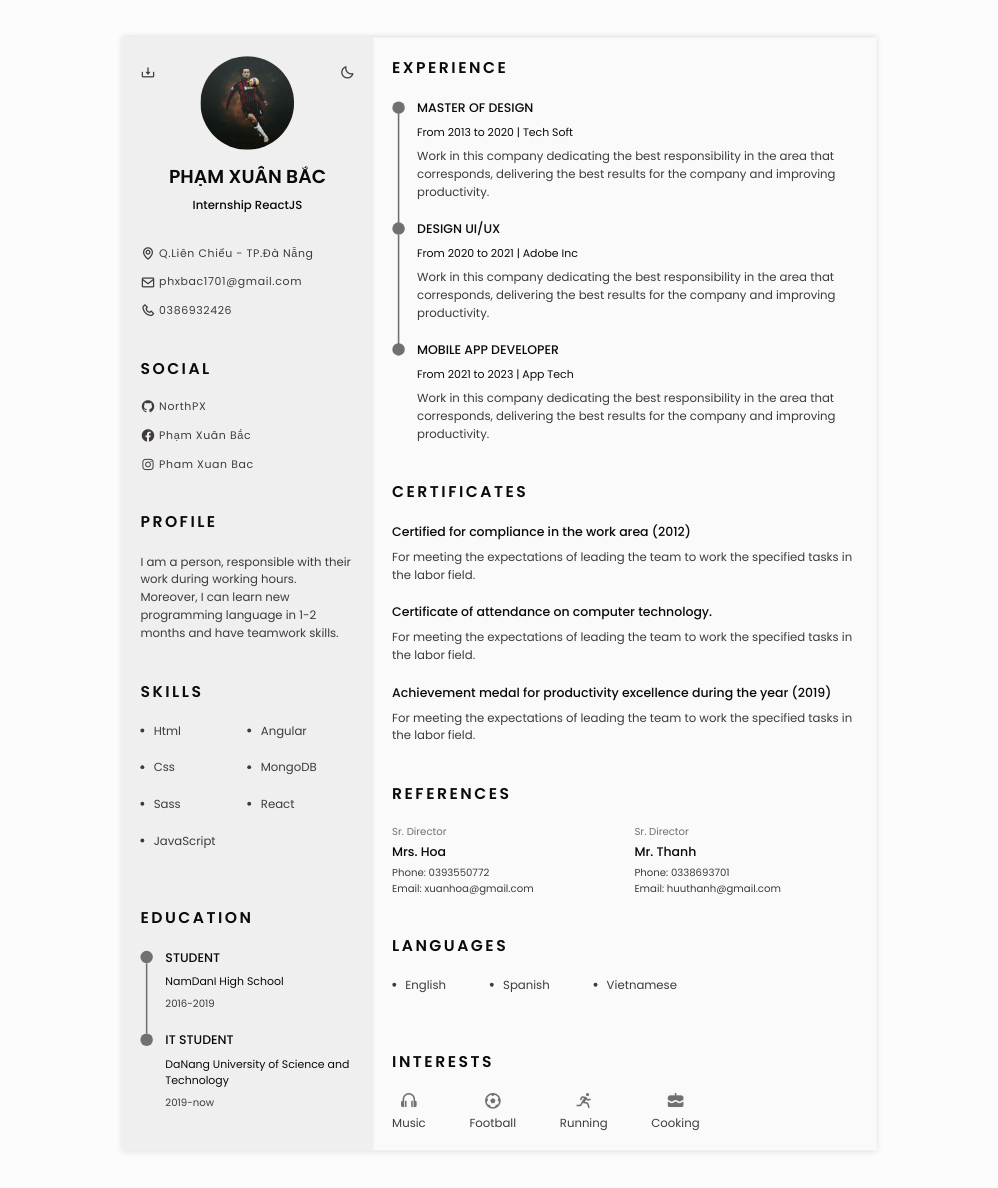
Repository: northpx/myCV
Page: index.html
The author's editor kept a copy of each file at every save. The page is drawn from the files as they stood at one save, then again after the next save.
The browser window is 1280 px wide. The pictures show the whole page, at 78% of full size.

Above is the page before, as saved 2023-02-23 17:03:50.

### index.html
<!DOCTYPE html>
<html lang="en">
<head>
    <meta charset="UTF-8">
    <meta http-equiv="X-UA-Compatible" content="IE=edge">
    <meta name="viewport" content="width=device-width, initial-scale=1.0">
    <link rel="stylesheet" href="./src/css/styles.css">
    <link rel="stylesheet" href="https://cdn.jsdelivr.net/npm/boxicons@latest/css/boxicons.min.css">
    <title>Pham Xuan Bac</title>
</head>
<body>
    <header class="l-header" id="header">
        <nav class="nav bd-container">
            <a href="#" class="nav__logo">Bac</a>
            <div class="nav__menu" id="nav-menu">
                <ul class="nav__list">
                    <li class="nav__item">
                        <a href="#home" class="nav__link active-link">
                            <i class='bx bx-home nav__icon' ></i>HOME
                        </a>
                    </li>
                    <li class="nav__item">
                        <a href="#profile" class="nav__link">
                            <i class='bx bx-user nav__icon' ></i>USER
                        </a>
                    </li>
                    <li class="nav__item">
                        <a href="#education" class="nav__link">
                            <i class='bx bx-book nav__icon' ></i>EDUCATION
                        </a>
                    </li>
                    <li class="nav__item">
                        <a href="#skills" class="nav__link">
                            <i class='bx bx-receipt nav__icon' ></i>SKILLS
                        </a>
                    </li>
                    <li class="nav__item">
                        <a href="#experience" class="nav__link">
                            <i class='bx bx-briefcase-alt nav__icon' ></i>experience
                        </a>
                    </li>
                    <li class="nav__item">
                        <a href="#certificates" class="nav__link">
                            <i class='bx bx-award nav__icon' ></i>CERTIFICATES
                        </a>
                    </li>

                    <li class="nav__item">
                        <a href="#references" class="nav__link">
                            <i class='bx bx-link-external nav__icon' ></i>REFERENCES
                        </a>
                    </li>
                </ul>
            </div>

            <div class="nav__toogle" id="nav-toggle">
                <i class="bx bx-grid-alt"></i>
            </div>
        </nav>
    </header>
    <main class="l-main bd-container">
        <div class="resume" id="area-cv">
            <div class="resume__left">
                <section class="home" id="home">
                    <div class="home__container section bd-grid">
                        <div class="home__data bd-grid">
                            <img src="./src/img/z3668101589347_355da8c054c5f58beb49364ce3f9e5b5.jpg" alt="" class="home__img">
                            <h1 class="home__title"><b>PHẠM XUÂN BẮC</b></h1>
                            <h3 class="home__profession">Internship ReactJS</h3>
                            <div>
                                <a download="" href="./src/pdf/resumecv.pdf" class="home__button-movil">Download</a>
                            </div>
                        </div>
                        <div class="home__address bd-grid">
                            <span class="home__information">
                                <i class="bx bx-map home__icon"></i> Q.Liên Chiểu - TP.Đà Nẵng
                            </span>
                            <span class="home__information">
                                <i class="bx bx-envelope home__icon"></i> phxbac1701@gmail.com
                            </span>
                            <span class="home__information">
                                <i class="bx bx-phone home__icon"></i> 0386932426
                            </span>
                        </div>
                    </div>
                    <i class="bx bx-moon change-theme" title="Theme" id="theme-button"></i>
                    <i class="bx bx-download generate-pdf" title="Generate PDF" id="resume-button"></i>
                </section>

                <section class="social section">
                    <h2 class="section-title">Social</h2>
                    <div class="social__container bd-grid">
                        <a href="https://github.com/northpx" target="_blank" class="social_link">
                            <i class="bx bxl-github social__icon"></i> NorthPX
                        </a>
                        <a href="https://www.facebook.com/north.px.13/" target="_blank" class="social_link">
                            <i class="bx bxl-facebook-circle social__icon"></i> Phạm Xuân Bắc
                        </a>
                        <a href="https://www.instagram.com/_north.px_/" target="_blank" class="social_link">
                            <i class="bx bxl-instagram social__icon"></i> Pham Xuan Bac
                        </a>
                    </div>
                </section>

                <section class="profile section" id="profile">
                    <h2 class="section-title">Profile</h2>
                    <p class="profile__description">
                        I am a person, responsible with their work during working hours. Moreover, I can learn new programming language in 1-2 months and have teamwork skills.
                    </p>
                </section>

                <section class="skills section" id="skills">
                    <h2 class="section-title">Skills</h2>
                    <div class="skills__content bd-grid">
                        <ul class="skills__data">
                            <li class="skills__name">
                                <span class="skills__circle"></span> Html
                            </li>
                            <li class="skills__name">
                                <span class="skills__circle"></span> Css
                            </li>
                            <li class="skills__name">
                                <span class="skills__circle"></span> Sass
                            </li>
                            <li class="skills__name">
                                <span class="skills__circle"></span> JavaScript
                            </li>
                        </ul>

                        <ul class="skills__data">
                            <li class="skills__name">
                                <span class="skills__circle"></span> Angular
                            </li>
                            <li class="skills__name">
                                <span class="skills__circle"></span> MongoDB
                            </li>
                            <li class="skills__name">
                                <span class="skills__circle"></span> React
                            </li>
                        </ul>
                    </div>
                </section>

                <section class="education section" id="education">
                    <h2 class="section-title">Education</h2>
                    <div class="education__container bd-grid">
                        <!-- <div class="education__content">
                            <div class="education__time">
                                <span class="education__rounder"></span>
                                <span class="education__line"></span>
                            </div>
                            <div class="education__data bd-grid">
                                <h3 class="education__title">STUDENT</h3>
                                <span class="education__studies">HongLong Secondary School</span>
                                <span class="education__year">2012-2016</span>
                            </div>
                        </div> -->

                        <div class="education__content">
                            <div class="education__time">
                                <span class="education__rounder"></span>
                                <span class="education__line"></span>
                            </div>
                            <div class="education__data bd-grid">
                                <h3 class="education__title">STUDENT</h3>
                                <span class="education__studies">NamDanI High School</span>
                                <span class="education__year">2016-2019</span>
                            </div>
                        </div>

                        <div class="education__content">
                            <div class="education__time">
                                <span class="education__rounder"></span>
                                <!-- <span class="education__line"></span> -->
                            </div>
                            <div class="education__data bd-grid">
                                <h3 class="education__title">IT STUDENT</h3>
                                <span class="education__studies">DaNang University of Science and Technology</span>
                                <span class="education__year">2019-now</span>
                            </div>
                        </div>
                    </div>
                </section>

            </div>

            <div class="resume__right">
                <section class="experience section" id="experience">
                    <h2 class="section-title">experience</h2>
                    <div class="experience__container bd-grid">
                        <div class="experience__content">
                            <div class="experience__time">
                                <span class="experience__rounder"></span>
                                <span class="experience__line"></span>
                            </div>
                            <div class="experience__data bd-grid">
                                <h3 class="experience__title">MASTER OF DESIGN</h3>
                                <span class="experience__company">From 2013 to 2020 | Tech Soft</span>
                                <p class="experience__description">Work in this company dedicating the best responsibility in the area that corresponds, delivering the best results for the company and improving productivity.</p>
                            </div>
                        </div>
                        <div class="experience__content">
                            <div class="experience__time">
                                <span class="experience__rounder"></span>
                                <span class="experience__line"></span>
                            </div>
                            <div class="experience__data bd-grid">
                                <h3 class="experience__title">DESIGN UI/UX</h3>
                                <span class="experience__company">From 2020 to 2021 | Adobe Inc</span>
                                <p class="experience__description">Work in this company dedicating the best responsibility in the area that corresponds, delivering the best results for the company and improving productivity.</p>
                            </div>
                        </div>
                        <div class="experience__content">
                            <div class="experience__time">
                                <span class="experience__rounder"></span>
                            </div>
                            <div class="experience__data bd-grid">
                                <h3 class="experience__title">MOBILE APP DEVELOPER</h3>
                                <span class="experience__company">From 2021 to 2023 | App Tech</span>
                                <p class="experience__description">Work in this company dedicating the best responsibility in the area that corresponds, delivering the best results for the company and improving productivity.</p>
                            </div>
                        </div>
                    </div>
                </section>

                <section class="certificate section" id="certificates">
                    <h2 class="section-title">Certificates</h2>
                    <div class="certificate__container bd-grid">
                        <div class="certificate__content">
                            <h3 class="certificate__title">Certified for compliance in the work area (2012)</h3>
                            <p class="certificate__description">For meeting the expectations of leading the team to work the specified tasks in the labor field.</p>
                        </div>

                        <div class="certificate__content">
                            <h3 class="certificate__title">Certificate of attendance on computer technology.</h3>
                            <p class="certificate__description">For meeting the expectations of leading the team to work the specified tasks in the labor field.</p>
                        </div>

                        <div class="certificate__content">
                            <h3 class="certificate__title">Achievement medal for productivity excellence during the year (2019)</h3>
                            <p class="certificate__description">For meeting the expectations of leading the team to work the specified tasks in the labor field.</p>
                        </div>
                    </div>
                </section>

                <section class="references section" id="references">
                    <h2 class="section-title">References</h2>
                    <div class="references__container bd-grid">
                        <div class="references__content bd-grid">
                            <span class="references__subtitle">Sr. Director</span>
                            <h3 class="references__title">Mrs. Hoa</h3>
                            <ul class="references__contact">
                                <li>Phone: 0393550772</li>
                                <li>Email: xuanhoa@gmail.com</li>
                            </ul>
                        </div>

                        <div class="references__content bd-grid">
                            <span class="references__subtitle">Sr. Director</span>
                            <h3 class="references__title">Mr. Thanh</h3>
                            <ul class="references__contact">
                                <li>Phone: 0338693701</li>
                                <li>Email: huuthanh@gmail.com</li>
                            </ul>
                        </div>
                    </div>
                </section>

                <section class="languages section">
                    <h2 class="section-title">Languages</h2>
                    <div class="languages__container bd-grid">
                        <ul class="languages__content bd-grid">
                            <li class="languages_name">
                                <span class="languages__circle"></span> English
                            </li>
                            <li class="languages_name">
                                <span class="languages__circle"></span> Spanish
                            </li>
                            <li class="languages_name">
                                <span class="languages__circle"></span> Vietnamese
                            </li>

                        </ul>
                    </div>
                </section>

                <section class="interests section">
                    <h2 class="section-title">Interests</h2>
                    <div class="interests__container bd-grid">
                        <div class="interests__content">
                            <i class="bx bx-headphone interests__icon"></i>
                            <span class="interests__name">Music</span>
                        </div>
                        <div class="interests__content">
                            <i class='bx bx-football interests__icon' ></i>
                            <span class="interests__name">Football</span>
                        </div>
                        <div class="interests__content">
                            <i class='bx bx-run interests__icon' ></i>
                            <span class="interests__name">Running</span>
                        </div>
                        <div class="interests__content">
                            <i class='bx bxs-cake interests__icon' ></i>
                            <span class="interests__name">Cooking</span>
                        </div>
                    </div>
                </section>
            </div>
        </div>
    </main>

    <a href="#" class="scrolltop" id="scroll-top">
        <i class="bx bx-up-arrow-alt scrolltop__icon"></i>
    </a>
    <script src="./src/js/html2pdf.bundle.min.js"></script>
    <script src="./src/js/scripts.js"></script>
</body>
</html>

Loaded but not shown: src/js/html2pdf.bundle.min.js (library); src/js/scripts.js (107 lines, source omitted); src/css/styles.css (578 lines, source omitted)

After the next save:
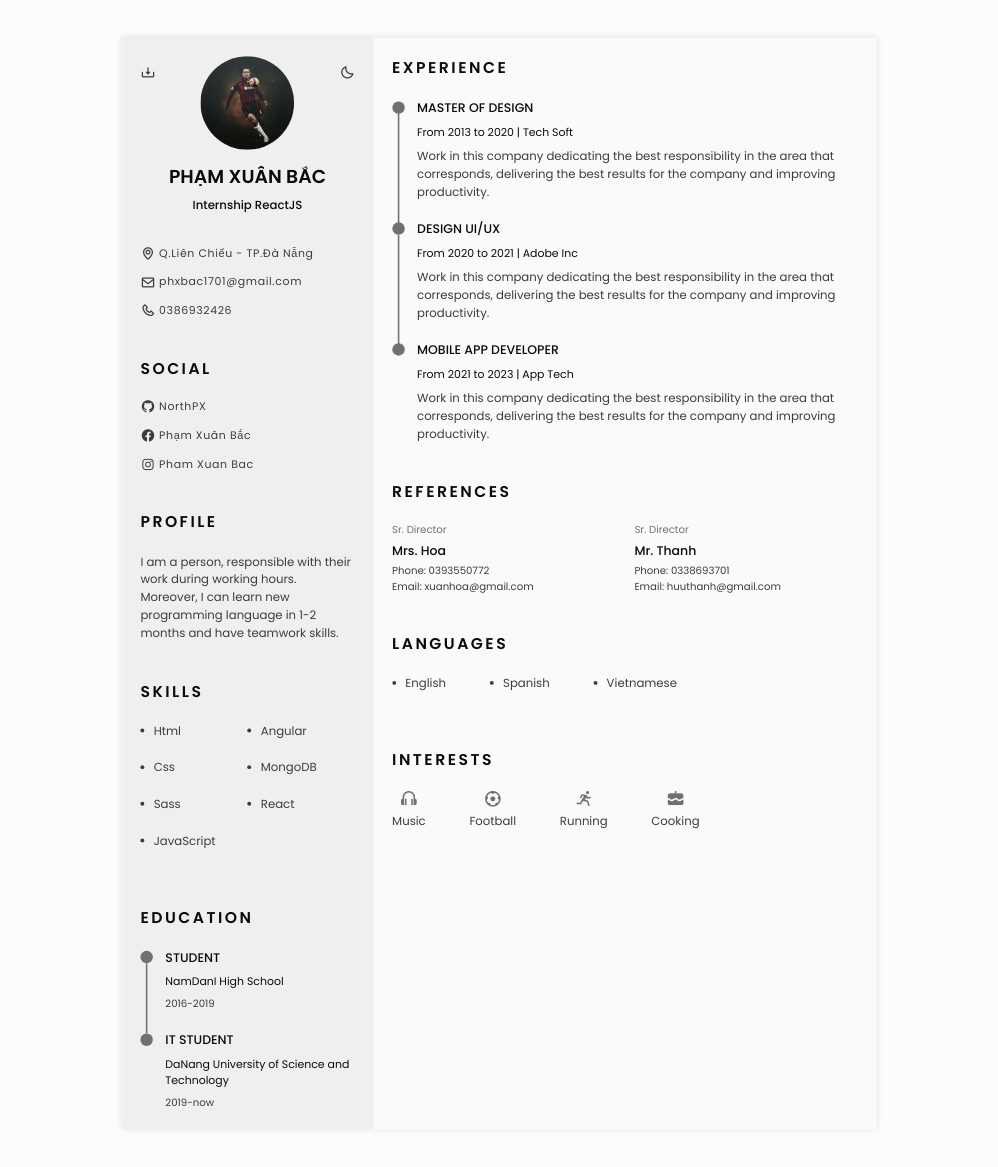
Saved 33 s later.
--- a/index.html
+++ b/index.html
@@ -223,7 +223,7 @@
                     </div>
                 </section>
 
-                <section class="certificate section" id="certificates">
+                <!-- <section class="certificate section" id="certificates">
                     <h2 class="section-title">Certificates</h2>
                     <div class="certificate__container bd-grid">
                         <div class="certificate__content">
@@ -241,7 +241,7 @@
                             <p class="certificate__description">For meeting the expectations of leading the team to work the specified tasks in the labor field.</p>
                         </div>
                     </div>
-                </section>
+                </section> -->
 
                 <section class="references section" id="references">
                     <h2 class="section-title">References</h2>
